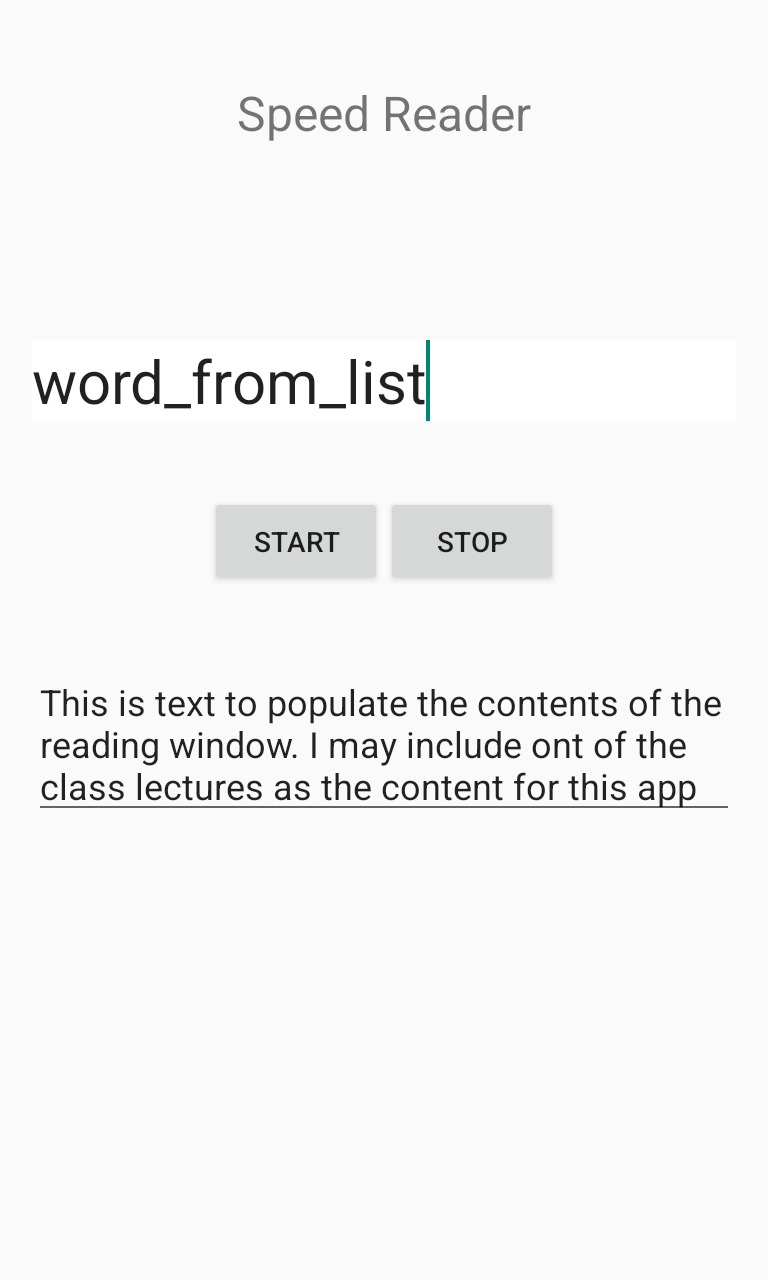
Repository: hdemby/workspace
Layout: SpeedReader/res/layout/activity_main.xml
These files come from the project's save history. The layout is drawn as it stood at one moment and after the next save; the edit follows.
It is drawn on a 768 x 1280 px phone screen (xhdpi) without system bars, with theme AppTheme; the app's code is not run.

Above is the layout before, as saved 2014-12-03 17:49:16.

### SpeedReader/res/layout/activity_main.xml
<RelativeLayout xmlns:android="http://schemas.android.com/apk/res/android"
    xmlns:tools="http://schemas.android.com/tools"
    android:layout_width="match_parent"
    android:layout_height="match_parent"
    android:paddingBottom="@dimen/activity_vertical_margin"
    android:paddingLeft="@dimen/activity_horizontal_margin"
    android:paddingRight="@dimen/activity_horizontal_margin"
    android:paddingTop="@dimen/activity_vertical_margin"
    tools:context="coursera.speedreader.MainActivity" >

    <LinearLayout
        android:id="@+id/linearLayout1"
        android:layout_width="wrap_content"
        android:layout_height="wrap_content"
        android:layout_centerHorizontal="true"
        android:layout_marginTop="154dp"
        android:orientation="vertical" >
    </LinearLayout>

    <TextView
        android:id="@+id/textView1"
        android:layout_width="wrap_content"
        android:layout_height="wrap_content"
        android:layout_alignParentTop="true"
        android:layout_centerHorizontal="true"
        android:layout_marginTop="24dp"
        android:text="@string/app_name"
        android:textSize="24sp" />

    <EditText
        android:id="@+id/editText1"
        android:layout_width="wrap_content"
        android:layout_height="wrap_content"
        android:layout_alignTop="@+id/linearLayout1"
        android:layout_centerHorizontal="true"
        android:background="#ffffffff"
        android:ems="10"
        android:text="@string/window_text"
        android:textSize="30sp" >

        <requestFocus />
    </EditText>

    <LinearLayout
        android:id="@+id/linearLayout3"
        android:layout_width="wrap_content"
        android:layout_height="wrap_content"
        android:layout_below="@+id/editText1"
        android:layout_centerHorizontal="true"
        android:layout_marginTop="36dp" >

        <Button
            android:id="@+id/button1"
            android:layout_width="wrap_content"
            android:layout_height="wrap_content"
            android:layout_marginBottom="34dp"
            android:text="Start" />

        <Button
            android:id="@+id/button2"
            android:layout_width="wrap_content"
            android:layout_height="wrap_content"
            android:text="Stop" />
    </LinearLayout>

    <EditText
        android:id="@+id/editText2"
        android:layout_width="match_parent"
        android:layout_height="wrap_content"
        android:layout_alignRight="@+id/editText1"
        android:layout_below="@+id/linearLayout3"
        android:clickable="false"
        android:ems="10"
        android:focusable="false"
        android:focusableInTouchMode="false"
        android:inputType="textMultiLine"
        android:scrollbars="vertical"
        android:text="@string/content_text" />

</RelativeLayout>

### SpeedReader/res/values/strings.xml
<?xml version="1.0" encoding="utf-8"?>
<resources>

    <string name="app_name">Speed Reader</string>
    <string name="hello_world">Hello world!</string>
    <string name="action_settings">Settings</string>
    <string name="window_text">word_from_list</string>
    <string name="content_text">
        This is text to populate the contents of the reading window.
        I may include ont of the class lectures as the content for this app</string>
    <string name="file_text">This will be the text that is displayed word by word in the reading window. It will eventually be provided by reading a text file stored on the device. The words will be presented one at a time at a set rate of speed with an extra pause at the end of a sentence. I will later add controls to review wind the text to the last sentence. I will also be adding controls to save the text at the current point so the reader can resume at a later time. The ultimate version will provide feedback on reading rate, precentage completed and time spent reading. </string>

</resources>

Loaded but not shown: SpeedReader/res/values/styles.xml (common file); SpeedReader/res/values-v11/styles.xml (common file); SpeedReader/res/values-v14/styles.xml (common file); SpeedReader/res/values/dimens.xml (common file); SpeedReader/res/values-w820dp/dimens.xml (common file)

After the next save:
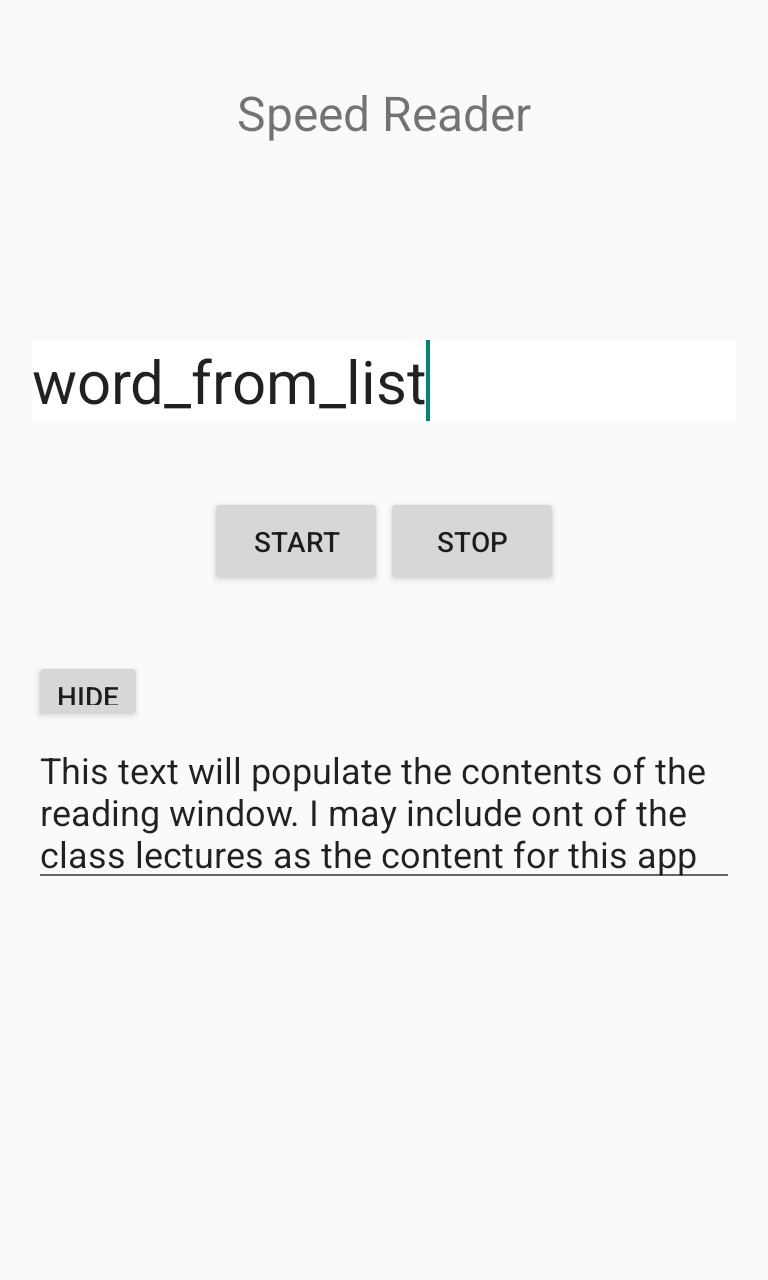
Saved 8 min 27 s later.
--- a/SpeedReader/res/layout/activity_main.xml
+++ b/SpeedReader/res/layout/activity_main.xml
@@ -63,18 +63,31 @@
             android:text="Stop" />
     </LinearLayout>
 
-    <EditText
-        android:id="@+id/editText2"
+    <LinearLayout
         android:layout_width="match_parent"
         android:layout_height="wrap_content"
-        android:layout_alignRight="@+id/editText1"
+        android:layout_alignLeft="@+id/editText1"
         android:layout_below="@+id/linearLayout3"
-        android:clickable="false"
-        android:ems="10"
-        android:focusable="false"
-        android:focusableInTouchMode="false"
-        android:inputType="textMultiLine"
-        android:scrollbars="vertical"
-        android:text="@string/content_text" />
+        android:orientation="vertical" >
+
+        <Button
+            android:id="@+id/button3"
+            style="?android:attr/buttonStyleSmall"
+            android:layout_width="56dp"
+            android:layout_height="34dp"
+            android:text="Hide" />
+
+        <EditText
+            android:id="@+id/editText2"
+            android:layout_width="match_parent"
+            android:layout_height="wrap_content"
+            android:clickable="false"
+            android:ems="10"
+            android:focusable="false"
+            android:focusableInTouchMode="false"
+            android:inputType="textMultiLine"
+            android:scrollbars="vertical"
+            android:text="@string/content_text" />
+    </LinearLayout>
 
 </RelativeLayout>
--- a/SpeedReader/res/values/strings.xml
+++ b/SpeedReader/res/values/strings.xml
@@ -6,7 +6,7 @@
     <string name="action_settings">Settings</string>
     <string name="window_text">word_from_list</string>
     <string name="content_text">
-        This is text to populate the contents of the reading window.
+        This text will populate the contents of the reading window.
         I may include ont of the class lectures as the content for this app</string>
     <string name="file_text">This will be the text that is displayed word by word in the reading window. It will eventually be provided by reading a text file stored on the device. The words will be presented one at a time at a set rate of speed with an extra pause at the end of a sentence. I will later add controls to review wind the text to the last sentence. I will also be adding controls to save the text at the current point so the reader can resume at a later time. The ultimate version will provide feedback on reading rate, precentage completed and time spent reading. </string>
 
